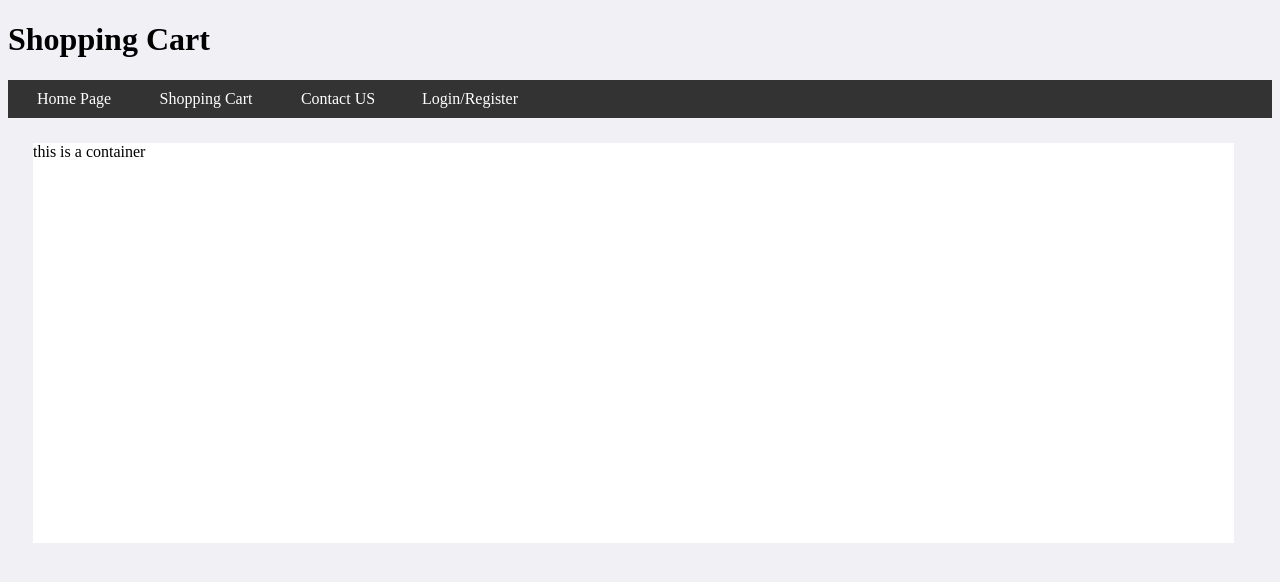
Repository: IosifDobos/Beatrice-Boutique
Page: BeatriceBoutique/Java/WorkSpace/BeatriceBoutique/WebContent/shoppingCart.html
The author's editor kept a copy of each file at every save. The page is drawn from the files as they stood at one save, then again after the next save.
The browser window is 1280 px wide. The pictures show the whole page.

Above is the page before, as saved 2018-12-04 22:02:47.

After the next save:
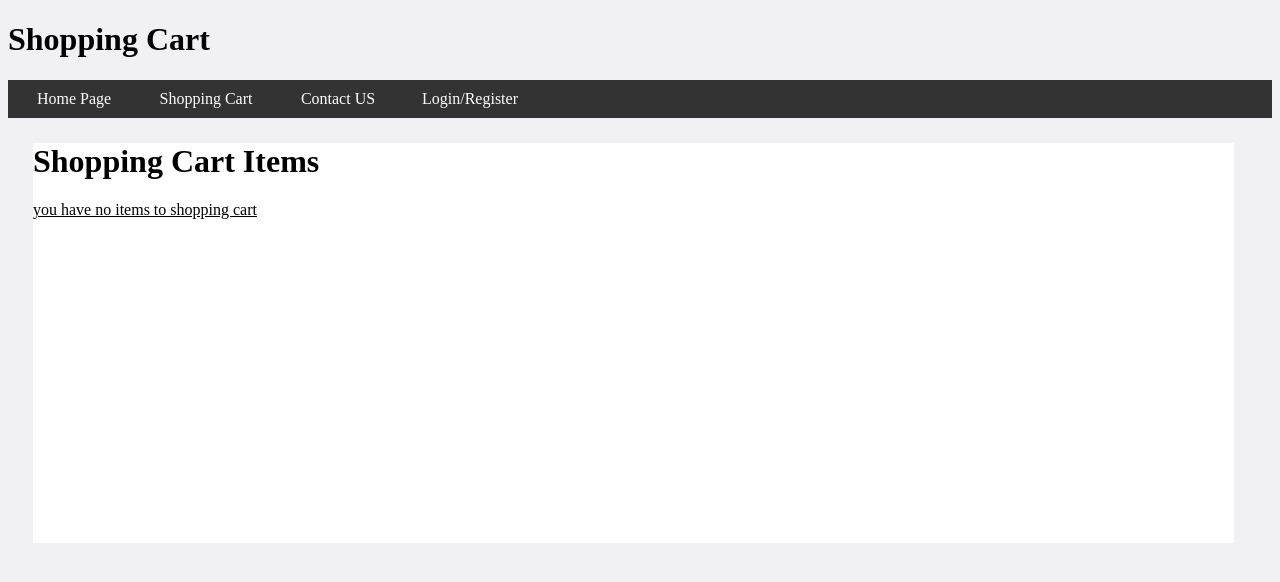
Saved 61 s later.
--- a/BeatriceBoutique/Java/WorkSpace/BeatriceBoutique/WebContent/shoppingCart.html
+++ b/BeatriceBoutique/Java/WorkSpace/BeatriceBoutique/WebContent/shoppingCart.html
@@ -17,8 +17,10 @@
 	</ul>
 
 
-	<div class = "container">
-		<p> this is a container</p>
+	<div class ="container">
+		<h1> Shopping Cart Items</h1>
+
+		<p><u>you have no items to shopping cart</u></p>
 
 	</div>
 
